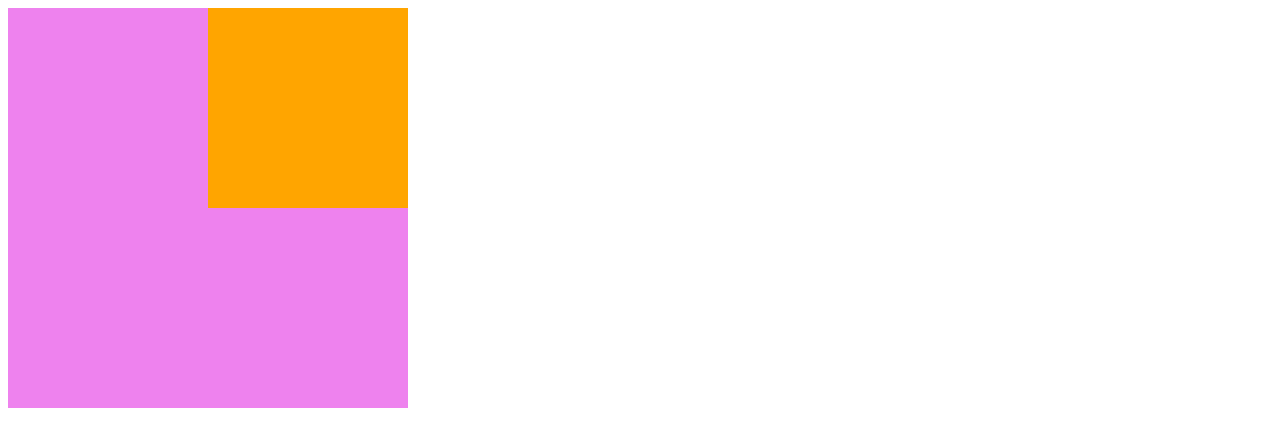
Repository: AytacSafarova/Task-12
Page: index.html
An editor plug-in stored every save of this project. The page is shown before and after the next save, followed by the edit.
The browser window is 1280 px wide. The pictures show the whole page.

Above is the page before, as saved 2023-07-25 14:36:19.

After the next save:
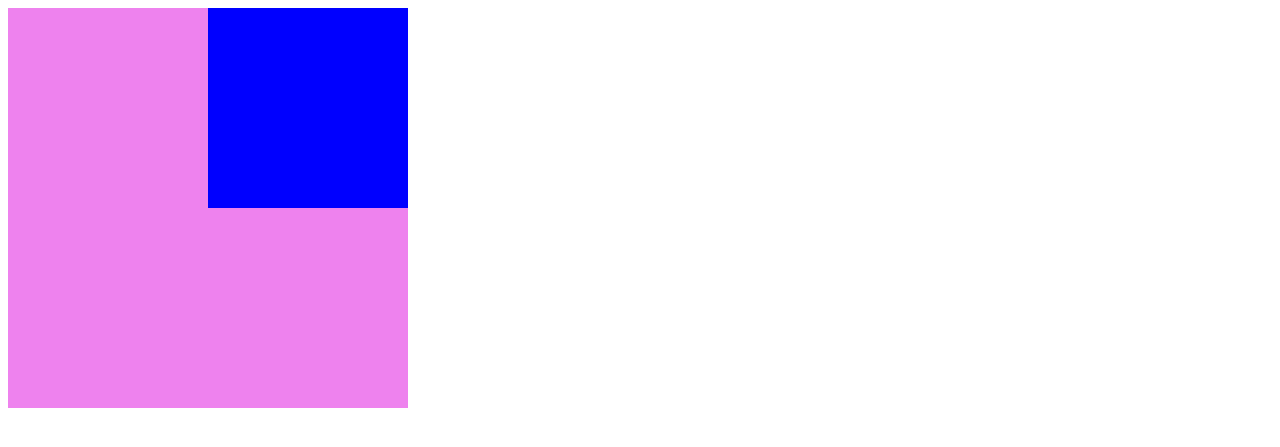
Saved 5 s later.
--- a/index.css
+++ b/index.css
@@ -17,7 +17,7 @@
     right: 0;
 }
 .child2{
-    background-color: redorange;
+    background-color: blue;
     position: absolute;
     top: 0;
     right: 0;
